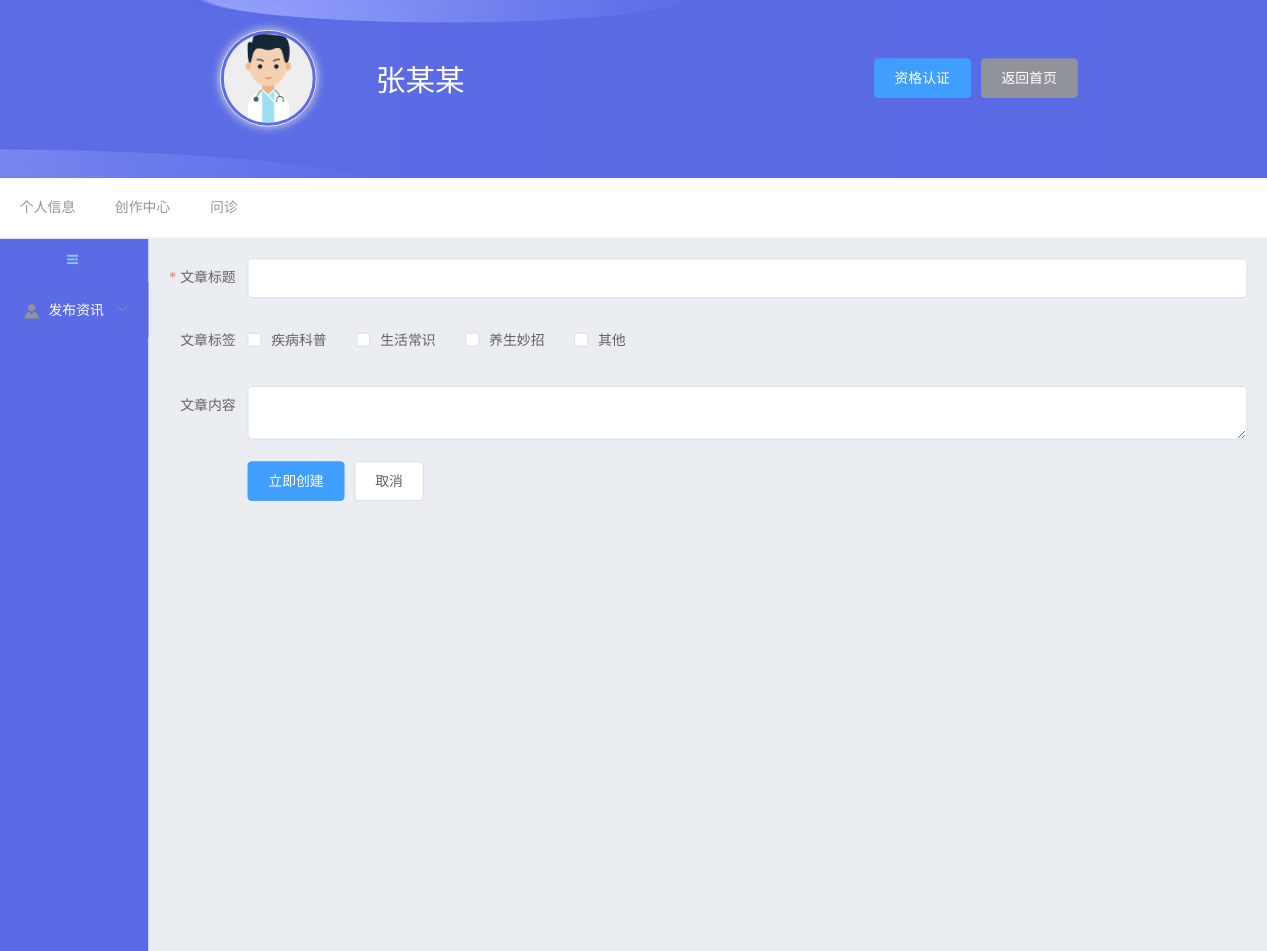
Repository: DiscreteL/SOA_Front
Page: /#/uploadArticle
These files come from the project's save history. The page is drawn as it stood at one moment and after the next save; the edit follows.
The browser window is 1280 px wide. The pictures show the whole page, at 99% of full size.
The project was rebuilt for these pictures with package versions that can differ from the ones it lists, and the page was loaded fresh each time. Also part of the build but not shown: vue.config.js, src/components/navigation.vue, src/components/dialog.vue, src/views/news.vue, src/components/announcement.vue, src/components/patientKnow.vue, src/views/Home.vue, src/views/login.vue and 15 more.

Above is the page before, as saved 2021-11-29 12:05:00.

After the next save:
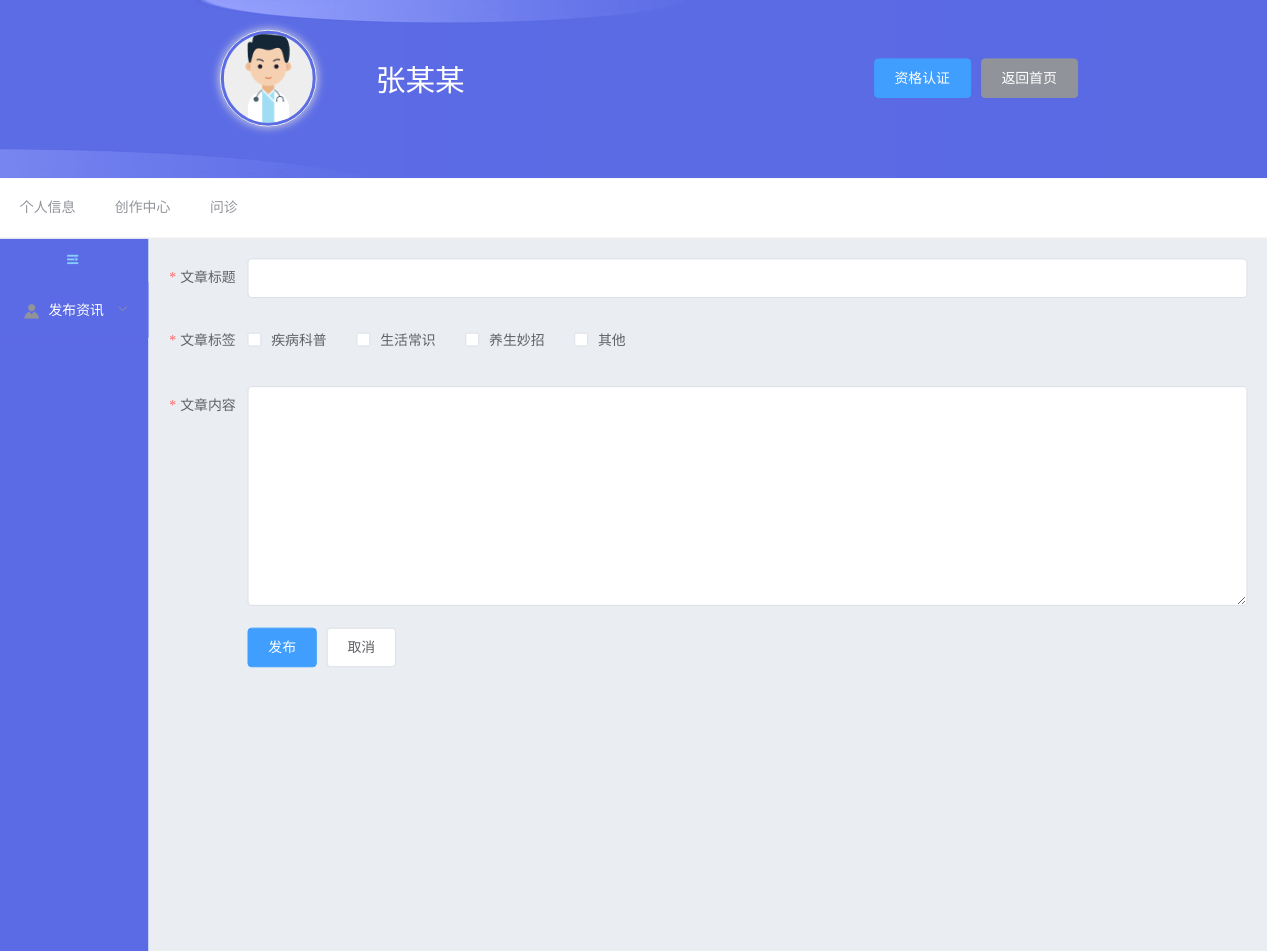
Saved 88 s later.
--- a/src/views/doctor/message/uploadArticle.vue
+++ b/src/views/doctor/message/uploadArticle.vue
@@ -3,7 +3,7 @@
   <el-form-item label="文章标题" required>
     <el-input v-model="form.name"></el-input>
   </el-form-item>
-  <el-form-item label="文章标签">
+  <el-form-item label="文章标签" required>
     <el-checkbox-group v-model="form.type">
       <el-checkbox label="疾病科普" name="type"></el-checkbox>
       <el-checkbox label="生活常识" name="type"></el-checkbox>
@@ -11,11 +11,11 @@
       <el-checkbox label="其他" name="type"></el-checkbox>
     </el-checkbox-group>
   </el-form-item>
-  <el-form-item label="文章内容">
-    <el-input type="textarea" v-model="form.desc"></el-input>
+  <el-form-item label="文章内容" required>
+    <el-input type="textarea" :rows="10" v-model="form.desc"></el-input>
   </el-form-item>
   <el-form-item>
-    <el-button type="primary" @click="onSubmit">立即创建</el-button>
+    <el-button type="primary" @click="onSubmit">发布</el-button>
     <el-button>取消</el-button>
   </el-form-item>
 </el-form>
